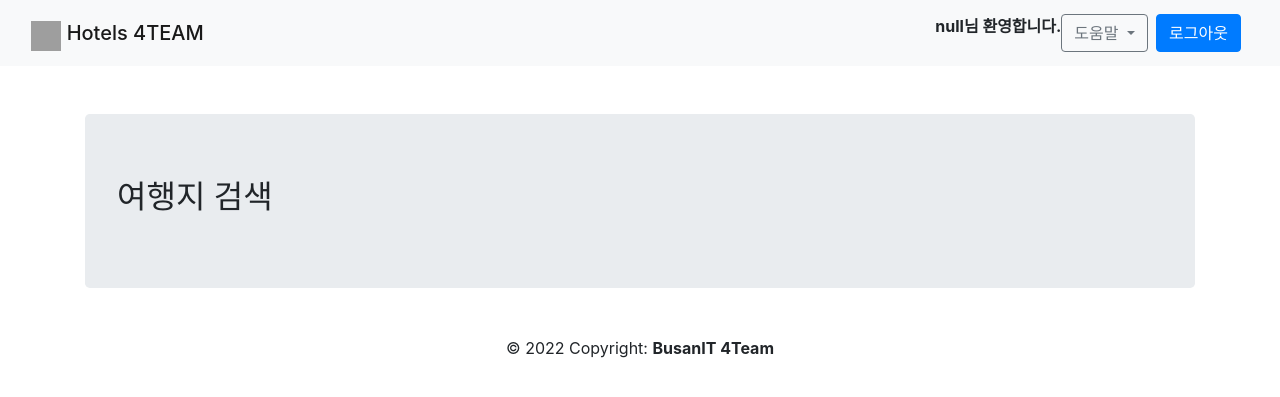
Repository: ShinKioh/Hotel_project
Page: http://localhost/HOTEL/home.jsp
An editor plug-in stored every save of this project. The page is shown before and after the next save, followed by the edit.
The browser window is 1280 px wide. The pictures show the whole page.
Pictures or frames that could not be fetched are drawn as grey boxes. The page is served by Tomcat 9. Other server files are loaded and not shown.

Above is the page before, as saved 2022-02-18 01:52:02.

### HOTEL/WebContent/home.jsp
<%@ page language="java" contentType="text/html; charset=UTF-8"
	pageEncoding="UTF-8"%>
<!DOCTYPE html>
<html>
<head>
<meta charset="UTF-8">
<meta name="viewport"
	content="width=device-width, initial-scale=1, shrink-to-fit=no">
<link rel="stylesheet"
	href="//unpkg.com/bootstrap@4/dist/css/bootstrap.min.css">
<script src='//unpkg.com/jquery@3/dist/jquery.min.js'></script>
<script src='//unpkg.com/popper.js@1/dist/umd/popper.min.js'></script>
<script src='//unpkg.com/bootstrap@4/dist/js/bootstrap.min.js'></script>
<title>메인 페이지</title>
</head>
<body>
	<header>
		<nav class="navbar navbar-expand-lg navbar-light bg-light">
			<div class="container-fluid">
				<a class="navbar-brand" href="#"> <img
					src="img/premium-icon-letter-h-5540593.png" alt="" width="30"
					height="30" class="d-inline-block align-text-top"> <span
					class="navbar-brand mb-0 h1">Hotels 4TEAM</span>
				</a>
				<div class="d-flex justify-content-end">

				<b><%=session.getAttribute("id") %>님 환영합니다.</b>

					<div class="dropdown mr-2">
						<a class="btn btn-outline-secondary dropdown-toggle" href="#"
							role="button" id="dropdownMenuLink" data-toggle="dropdown"
							aria-expanded="false"> 도움말 </a>
						<div class="dropdown-menu" aria-labelledby="dropdownMenuLink">
							<a class="dropdown-item" href="#">공지 사항</a> <a
								class="dropdown-item" href="#">문의 사항</a> <a
								class="dropdown-item" href="#">FAQ</a>
						</div>
					</div>
					<a class="btn btn-primary mr-2" href="main.jsp">로그아웃</a>
				</div>
			</div>
		</nav>
	</header>
	<main>
		<div class="container">
			<div class="jumbotron mt-5">
				<h2>여행지 검색</h2>

			</div>
		</div>
	</main>
	<footer class="footer font-small black">
		<div class="footer-copyright text-center py-3">
			© 2022 Copyright: <b> BusanIT 4Team</b>
		</div>
	</footer>

</body>
</html>

After the next save:
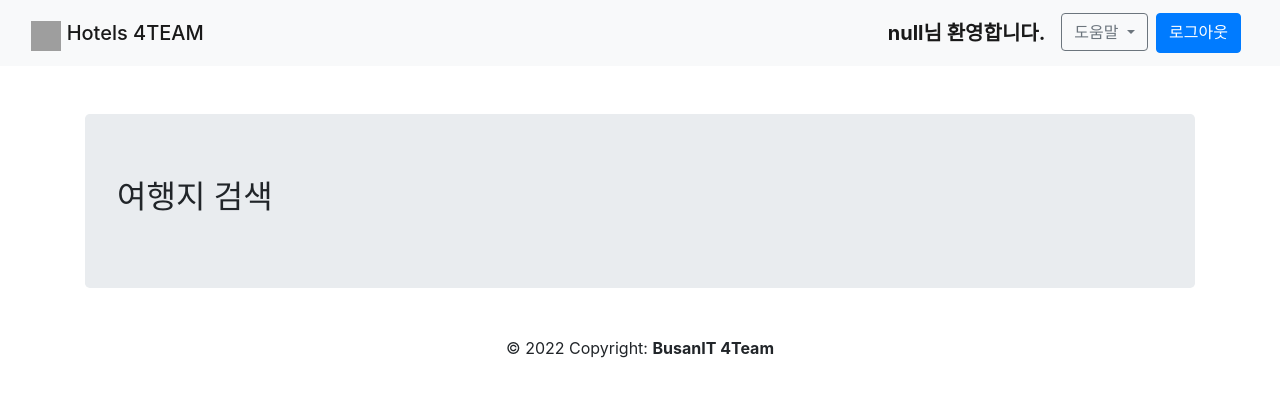
Saved 10 min 18 s later.
--- a/HOTEL/WebContent/home.jsp
+++ b/HOTEL/WebContent/home.jsp
@@ -23,9 +23,9 @@
 					class="navbar-brand mb-0 h1">Hotels 4TEAM</span>
 				</a>
 				<div class="d-flex justify-content-end">
-
+				<span class="navbar-brand mb-0 h1">
 				<b><%=session.getAttribute("id") %>님 환영합니다.</b>
-
+				</span>
 					<div class="dropdown mr-2">
 						<a class="btn btn-outline-secondary dropdown-toggle" href="#"
 							role="button" id="dropdownMenuLink" data-toggle="dropdown"
